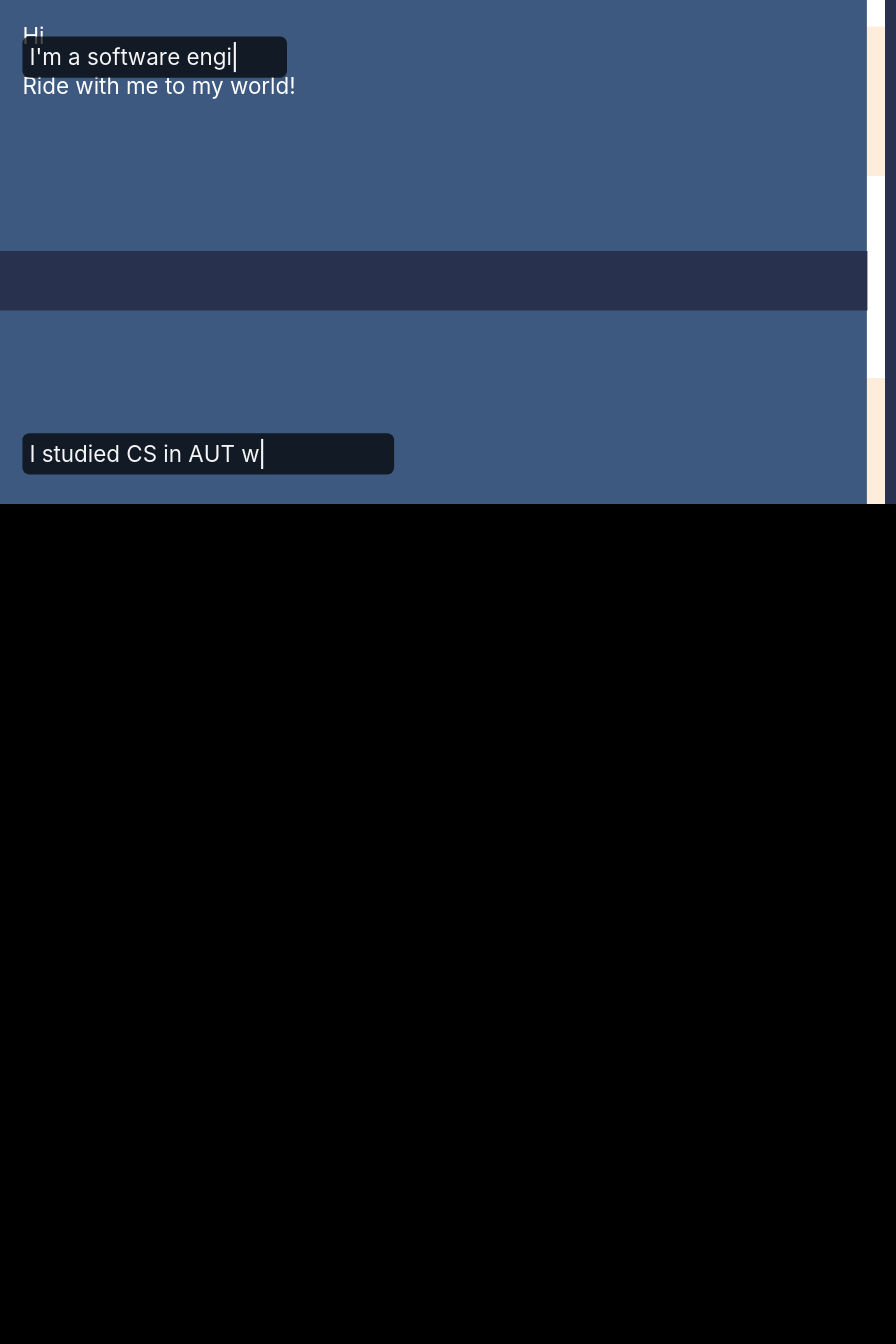
Repository: ModulesSoft/youseffatouraee.com
Page: / (app in majhoolsoft-react/)
These files come from the project's save history. The page is drawn as it stood at one moment and after the next save; the edit follows.
The browser window is 1280 px wide. The pictures show the part of the page from y = 0 to 1920 px (the page is 4320 px tall), at 70% of full size.
The project was rebuilt for these pictures with package versions that can differ from the ones it lists, and the page was loaded fresh each time. Also part of the build but not shown: majhoolsoft-react/src/helpers/lib/TypewriterAnimation.js.

Above is the page before, as saved 2022-02-22 21:00:39.

### majhoolsoft-react/src/App.js
import "./App.css";
import { useEffect } from "react";
import useWindowDimensions from "./components/GetWindowDimensions";
import anime from "animejs";
import Car from "./components/Car";
import Background from "./components/Background";
import Darkness from "./components/Darkness";
import LightBeam from "./components/LightBeam";
import Sun from "./components/Sun";
import Clouds from "./components/Clouds";
import GarageDoor from "./components/GarageDoor";
import ScrollDown from "./components/ScrollDown";
import useScroll from "./helpers/GetScroll";
import Garage from "./components/Garage";
import Play from "./Play";

function App() {
  // get window properties
  let scrollY = useScroll().scrollY / 10;
  const { height, width } = useWindowDimensions();
  const mobile = width < height;
  const size = mobile
    ? {
        height: height,
      }
    : {
        width: width,
      };

  // remove scroll instruction whenever scrolled enough ( 140px)
  if (scrollY > 10) {
    removeScroll();
  }

  //play
  useEffect(() => {
    // Play(mobile, width, height).HouseScene();
  }, []);

  function playGarage() {
    Play(mobile, width, height).GarageScene();
  }

  function removeScroll() {
    anime.remove([".scrollIcon", "#darkness", ".scroll"]);
    anime({
      targets: [".scrollIcon", "#darkness", ".scroll"],
      opacity: 0,
    });
  }

  return (
    <div className="App">
      <header className="App-header"></header>
      <div className="container">
        <svg className="page" xmlns="http://www.w3.org/2000/svg" style={size}>
          <Sun />
          <Clouds />
          <Background />
          <Garage />
          <GarageDoor
            scrollY={scrollY}
            doorOpened={(e) => {
              e && playGarage();
            }}
          />
          <Darkness />
          <Car />
          <LightBeam />
          {/* {scroll && <ScrollDown />} */}
          <ScrollDown />
          {/* <svg x="1325" y="920" className="test">
            <rect width="35" height="65"></rect>
          </svg> */}
        </svg>
        <article className="article">
          <p className="hi">Hi</p>
          <p className="welcome">Ride with me to my world!</p>
          <p className="scroll">Scroll Down</p>
          <p id="laptopOne" className="text-animation">
            I'm a software engineer
          </p>
          <p id="laptopTwo" className="text-animation">
            I was born in Quebec
          </p>
          <p id="degreeOne" className="text-animation">
            I studied CS in <a href="aut.ac.ir">AUT</a> with GPA of B
          </p>
          <p id="degreeTwo" className="text-animation">
            <a href="https://www.usnews.com/education/best-global-universities/amirkabir-university-of-technology-aut-506266">
              See the rank here
            </a>
          </p>
        </article>
      </div>
    </div>
  );
}

export default App;

### majhoolsoft-react/src/App.css
.container {
  position: relative;
  width: 100vw;
  height: 600vh;
  background-color: black;
}
.page {
  background-image: linear-gradient(#87ceeb, #2a7936);
  position: fixed;
  bottom: 0;
  left: 0;
}
.background {
  position: absolute;
  z-index: 1;
  /* width: auto;
  height: 100vh; */
}
.car {
  z-index: 2;
  position: absolute;
  top: 90vh;
  /* display: none; */
}
#rear-wheel,
#front-wheel {
  transform-origin: center;
  transform-box: fill-box;
}

.hi {
  color: white;
  margin-left: 2rem;
}
.welcome {
  color: white;
  margin-left: 2rem;
}
.scroll {
  color: white;
  text-align: center;
}
article {
  position: fixed;
  width: 100%;
  height: 100%;
  font-size: 2rem;
}

#laptopOne {
  top: 20px;
}
#laptopTwo {
  bottom: 5px;
  font-size: 1rem;
}
#degreeOne {
  bottom: 10px;
  /* font-size: 2rem; */
}
#degreeTwo {
  bottom: 15px;
  /* font-size: 1rem; */
}

/* typewriter animation properties */
.text-animation {
  display: none;
  background-color: rgba(0, 0, 0, 0.7);
  padding: 10px;
  border-radius: 10px;
  font-size: 2rem;
  left: 2rem;
  /* right: 2rem; */
  position: absolute;
  text-align: left;
  color: #f5f5f5;
}

.text-animation .letter {
  display: inline-block;
  opacity: 0;
}

.cursor {
  margin: 8px -8px; /* debug margin */
  position: absolute;
  top: 0;
  bottom: 0;
  width: 3px;
  background: #f5f5f5;
  z-index: 1;
}

/*  */

### majhoolsoft-react/src/components/Darkness.js
function Darkness() {
  return (
    <svg width="10000" height="10000" x="-1000" y="-100">
      <rect
        id="darkness"
        data-name="Rectangle 148"
        width="10000"
        height="10000"
        fill="rgba(0,0,0,0.9)"
      />
    </svg>
  );
}

export default Darkness;

### majhoolsoft-react/src/components/LightBeam.js
function LightBeam() {
  return (
    <svg y="945" x="-422">
      <g id="beam">
        <defs>
          <radialGradient
            id="radial-gradient"
            cx="0.16"
            cy="1.164"
            r="0.806"
            gradientTransform="matrix(.555 -.832 .38 .254 -.372 1.001)"
            gradientUnits="objectBoundingBox"
          >
            <stop offset="0" stopColor="#fad16b" stopOpacity="0.659"></stop>
            <stop offset="1" stopColor="#7d6936" stopOpacity="0.541"></stop>
          </radialGradient>
        </defs>
        <path
          fill="url(#radial-gradient)"
          d="M4927.969-923.46v135.509L3246.1-811.175l-92.015-5.358-146.116-45.447v-29.449z"
          data-name="Path 772"
          transform="translate(-3007.969 923.46)"
        ></path>
      </g>
    </svg>
  );
}

export default LightBeam;

### majhoolsoft-react/src/components/Sun.js
function Sun() {
  return (
    <svg>
      <g id="sun">
        <path
          fill="#ffdb0d"
          fillRule="evenodd"
          d="M2343.845 450c168.417 0 305.986 132.172 314.845 298.414H2029C2037.779 582.172 2175.348 450 2343.845 450z"
          data-name="Path 586"
          transform="translate(-2029 450)"
        ></path>
      </g>
    </svg>
  );
}

export default Sun;

### majhoolsoft-react/src/components/ScrollDown.js
function ScrollDown() {
  return (
    <svg
      x="1142"
      y="900"
      width="100"
      height="100"
      version="1.1"
      viewBox="-265 335.1 79.4 322.9"
      xmlSpace="preserve"
      fill="white"
    >
      <g className="scrollIcon">
        <path d="M-217.9 422.2c4.7-1.3 9-3.8 12.4-7.2 5.1-5.1 8.2-12.1 8.2-19.8v-30.9c0-7.7-3.2-14.7-8.2-19.8-5.1-5.1-12.1-8.2-19.8-8.2-7.7 0-14.7 3.2-19.8 8.2-5.1 5.1-8.2 12.1-8.2 19.8v30.9c0 7.7 3.2 14.7 8.2 19.8 4 4 9.1 6.7 14.8 7.8 3.4.5 9.2.2 12.4-.6zm-7.7-21c2.9 0 5.3-2.4 5.3-5.3v-5.5c0-2.9-2.4-5.3-5.3-5.3s-5.3 2.4-5.3 5.3v5.5c-.1 2.9 2.3 5.3 5.3 5.3zm15.4 9c-3.9 3.9-9.2 6.3-15.1 6.3s-11.2-2.4-15.1-6.3c-3.9-3.9-6.3-9.2-6.3-15.1v-30.9c0-5.9 2.4-11.2 6.3-15.1 3.9-3.9 9.2-6.3 15.1-6.3s11.2 2.4 15.1 6.3c3.9 3.9 6.3 9.2 6.3 15.1v30.9c0 5.9-2.4 11.2-6.3 15.1zM-248.1 425.3c-1.2-1.2-3.2-1.2-4.4.1s-1.2 3.2.1 4.4l25 24.3 2.2-2.3-2.2 2.3c1.3 1.2 3.2 1.2 4.5-.1l.1-.1 24.6-24.1c1.2-1.2 1.3-3.2.1-4.4s-3.2-1.3-4.4-.1l-22.6 22.1-23-22.1z"></path>
      </g>
    </svg>
  );
}

export default ScrollDown;

### majhoolsoft-react/src/helpers/GetScroll.js
import { useState, useEffect, useCallback } from "react";

export const useScroll = () => {
  //   useEffect(() => {
  //     // set scroll to zero when component did mount
  //     window.scrollTo(0, 0);
  //     console.log("umad");
  // }, []);
  const [state, setState] = useState({
    lastScrollTop: 0,
    bodyOffset: document.body.getBoundingClientRect(),
    scrollY: document.body.getBoundingClientRect().top,
    scrollX: document.body.getBoundingClientRect().left,
    scrollDirection: "", // down, up
  });

  const handleScrollEvent = useCallback((e) => {
    setState((prevState) => {
      const prevLastScrollTop = prevState.lastScrollTop;
      const bodyOffset = document.body.getBoundingClientRect();

      return {
        setBodyOffset: bodyOffset,
        scrollY: -bodyOffset.top,
        scrollX: bodyOffset.left,
        scrollDirection: prevLastScrollTop > -bodyOffset.top ? "down" : "up",
        lastScrollTop: -bodyOffset.top,
      };
    });
  }, []);

  useEffect(() => {
    const scrollListener = (e) => {
      handleScrollEvent(e);
    };
    window.addEventListener("scroll", scrollListener);

    return () => {
      window.removeEventListener("scroll", scrollListener);
    };
  }, [handleScrollEvent]);

  return {
    scrollY: state.scrollY,
    scrollX: state.scrollX,
    scrollDirection: state.scrollDirection,
  };
};

export default useScroll;

### majhoolsoft-react/src/Play.js
import CarAnimations from "./helpers/CarAnimations";
import IntroTextAnimations from "./helpers/IntroTextAnimations";
import BackgroundAnimations from "./helpers/BackgroundAnimations";
import CameraAnimations from "./helpers/CameraAnimations";
import TypewriterAnimation from "./helpers/lib/TypewriterAnimation";

function Play(isMobile, width, height, timeline = 0) {
  // setting camera
  const Camera = new CameraAnimations(isMobile, width, height, timeline);
  function HouseScene() {
    CarAnimations(timeline);
    IntroTextAnimations();
    Camera.BackgroundScene();
    BackgroundAnimations(timeline);
  }

  async function GarageScene() {
    laptop(degree(OS("s")));

    function laptop(done) {
      Camera.LaptopView();
      TypewriterAnimation("#laptopOne", 2_000, 100, 1000, laptopTwo);
      function laptopTwo() {
        TypewriterAnimation("#laptopTwo", 500, 100, 1000, done);
      }
    }
    function degree(done) {
      Camera.CertificateView();
      TypewriterAnimation("#degreeOne", 2_000, 100, 1000, degreeTwo);
      function degreeTwo() {
        TypewriterAnimation("#degreeTwo", 2_000, 100, 1000, done);
      }
    }
    function OS(s) {
      console.log("os");
    }
  }
  return { HouseScene, GarageScene };
}
export default Play;

### majhoolsoft-react/src/helpers/CarAnimations.js
import anime from "animejs";
function CarAnimations(timeline = null) {
  anime({
    targets: "#rear-wheel , #front-wheel",
    rotate: "21turn",
    duration: 11000,
    // easing: "cubicBezier(1,0,.45,.45)",
    easing: "easeOutQuad",
  });
  anime({
    targets: "#car, #beam",
    translateX: 1050,
    duration: 6000,
    delay: 5000,
    // easing: "cubicBezier(1,0,.45,.45)",
    easing: "easeOutQuad",
  });
}

export default CarAnimations;

### majhoolsoft-react/src/helpers/IntroTextAnimations.js
import anime from "animejs";
function IntroTextAnimations() {
  anime
    .timeline({ loop: false })
    // Hi text fades in
    .add({
      targets: ".hi",
      opacity: [0, 1],
      easing: "easeInExpo",
    })
    // welcome text fades in
    .add({
      targets: ".welcome",
      opacity: [0, 1],
      easing: "easeInExpo",
    })
    // Hi and welcome text fade out
    .add(
      {
        targets: [".hi", ".welcome"],
        opacity: 0,
        easing: "easeInExpo",
      },
      5000
    )
    .add(
      {
        targets: ".scroll",
        opacity: [0, 0.8],
        easing: "easeInExpo",
      },
      15000
    );
}
export default IntroTextAnimations;

### majhoolsoft-react/src/helpers/BackgroundAnimations.js
import anime from "animejs";
function BackgroundAnimations(timeline = null) {
  anime
    .timeline({ loop: false })
    // sun sets
    .add(
      {
        targets: "#sun",
        duration: 3000,
        translateY: "-650px",
        easing: "easeOutQuad",
      },
      6000 //delay to start
    )
    // clouds come up
    .add({
      targets: "#clouds",
      duration: 1000,
      translateY: "-300px",
    });
  anime.timeline({ loop: false }).add({
    targets: "#darkness",
    keyframes: [
      // fade in to day
      { opacity: 0, duration: 3000, delay: 7000, easing: "linear" },
      // fade in unless scroll
      {
        opacity: 0.7,
        duration: 1000,
        delay: 4000,
        easing: "linear",
      },
    ],
  });

  //thread four (headlights):
  // turn off the head lights
  anime({
    targets: "#beam",
    duration: 500,
    opacity: 0,
    easing: "easeOutQuad",
    delay: 10000,
  });

  //last thread - infinite loop (scroll icon):
  // Scroll icon
  anime({
    targets: ".scrollIcon",
    translateY: -50,
    direction: "alternate",
    loop: true,
    easing: "spring(1, 80, 10, 0)",
    opacity: 0.3,
  });
}
export default BackgroundAnimations;

### majhoolsoft-react/src/helpers/CameraAnimations.js
import anime from "animejs";

class CameraAnimations {
  constructor(isMobile, width, height, timeline = null) {
    this.isMobile = isMobile;
    this.width = width;
    this.height = height;
    this.timeline = timeline;
    this.doorViewMobile = `1000 ${1080 - this.height} ${this.width} ${
      this.height
    }`;

    this.laptopView = "1328 920 60 60";
    // const certificateView = isMobile ? "1288 900 60 45" : "1288 900 60 25";
    this.generalView = "0 0 1920 1080";
    this.doorViewDesktop = "1000 800 400 240";
    this.beginView = "-1000 650 900 500";
  }

  BackgroundScene() {
    // camera transition
    anime.timeline({ loop: false }).add({
      targets: ".page",
      duration: 4000,
      keyframes: [
        // camera transition from the car in the way home to the background
        {
          viewBox: [this.beginView, this.generalView],
          duration: (this.timeline += 3000),
          delay: (this.timeline += 1000),
        },
        // camera transition to GarageCamera door
        {
          viewBox: [
            this.generalView,
            this.isMobile ? this.doorViewMobile : this.doorViewDesktop,
          ],
          delay: 5000,
        },
      ],
      easing: "easeOutQuad",
    });
  }

  // GarageScene() {
  //   const library = {
  //     certificate: {
  //       view: this.isMobile ? "1288 900 60 45" : "1288 900 60 25",
  //       textPosition: this.isMobile ? "bottom" : "right",
  //     },
  //   };
  // }

  LaptopView() {
    anime.timeline({ loop: false }).add({
      targets: ".page",
      duration: 4000,
      keyframes: [
        // camera transition from the GarageCamera door to the laptop
        {
          viewBox: [
            this.isMobile ? this.doorViewMobile : this.doorViewDesktop,
            this.laptopView,
          ],
          // viewBox: mobile ? doorViewMobile : doorViewDesktop,
        },
        // camera transition to GarageCamera door
        {},
      ],
      easing: "easeOutQuad",
    });
  }

  CertificateView() {
    const library = {
      certificate: {
        view: this.isMobile ? "1288 900 60 45" : "1288 900 60 25",
        textPosition: this.isMobile ? "bottom" : "right",
      },
    };
    // Certificate View
    anime(
      {
        targets: ".page",
        duration: 4000,
        keyframes: [
          // camera transition from the laptop to GarageCamera door
          {
            viewBox: [this.laptopView, library.certificate.view],
          },
          // camera transition to GarageCamera door
          {},
        ],
        easing: "easeOutQuad",
      },
      15000
    );
  }
}
export default CameraAnimations;

Loaded but not shown: majhoolsoft-react/public/index.html (common file); majhoolsoft-react/src/index.js (common file); majhoolsoft-react/src/index.css (common file); majhoolsoft-react/src/reportWebVitals.js (common file); majhoolsoft-react/src/components/GetWindowDimensions.js (common file); majhoolsoft-react/src/components/Background.js (library); majhoolsoft-react/src/components/Garage.js (library); majhoolsoft-react/src/components/Car.js (909 lines, source omitted); majhoolsoft-react/src/components/GarageDoor.js (85 lines, source omitted); majhoolsoft-react/src/components/Clouds.js (15 lines, source omitted)

After the next save:
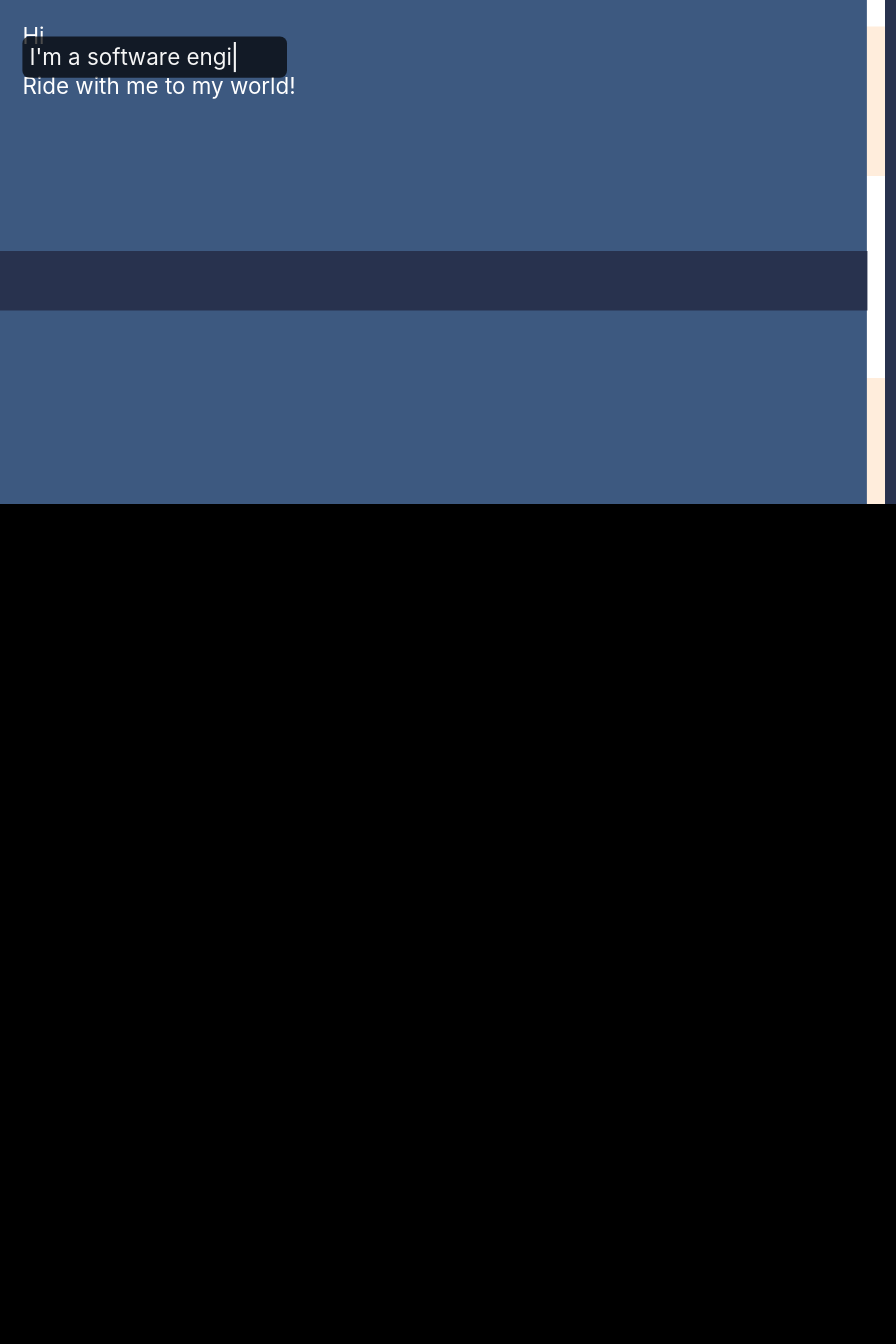
Saved 61 s later.
--- a/majhoolsoft-react/src/Play.js
+++ b/majhoolsoft-react/src/Play.js
@@ -15,21 +15,21 @@
   }
 
   async function GarageScene() {
-    laptop(degree(OS("s")));
+    laptop();
 
-    function laptop(done) {
+    function laptop() {
       Camera.LaptopView();
       TypewriterAnimation("#laptopOne", 2_000, 100, 1000, laptopTwo);
-      function laptopTwo() {
-        TypewriterAnimation("#laptopTwo", 500, 100, 1000, done);
-      }
+    }
+    function laptopTwo() {
+      TypewriterAnimation("#laptopTwo", 500, 100, 1000, degree);
     }
     function degree(done) {
       Camera.CertificateView();
       TypewriterAnimation("#degreeOne", 2_000, 100, 1000, degreeTwo);
-      function degreeTwo() {
-        TypewriterAnimation("#degreeTwo", 2_000, 100, 1000, done);
-      }
+    }
+    function degreeTwo() {
+      TypewriterAnimation("#degreeTwo", 2_000, 100, 1000);
     }
     function OS(s) {
       console.log("os");

After the 3 saves that followed:
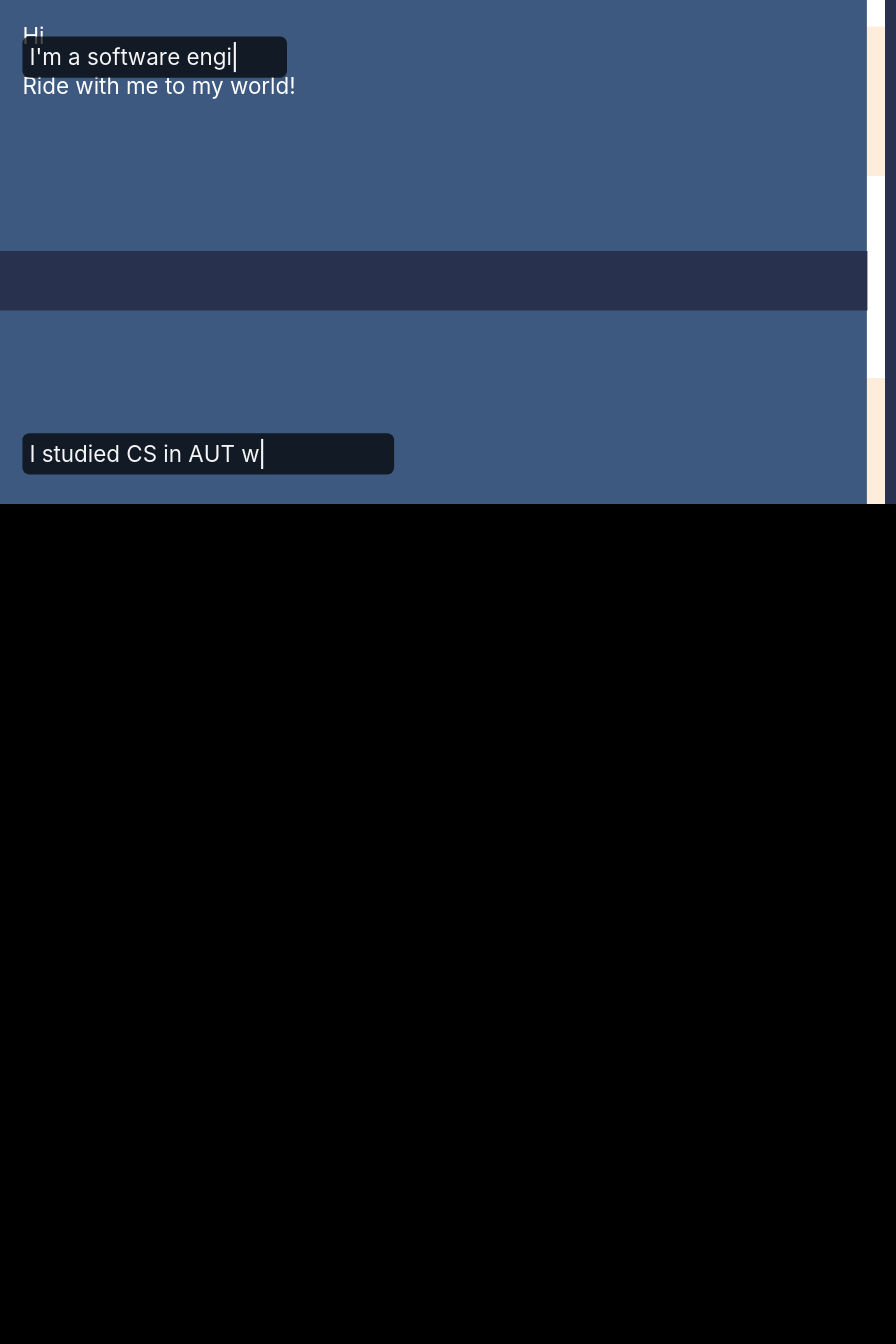
The 3 saves are shown as one change because 2 left the picture as it was.
The last was saved 99 s later.
--- a/majhoolsoft-react/src/Play.js
+++ b/majhoolsoft-react/src/Play.js
@@ -14,22 +14,22 @@
     BackgroundAnimations(timeline);
   }
 
-  async function GarageScene() {
-    laptop();
+  function GarageScene() {
+    laptop(degree(OS("s")));
 
-    function laptop() {
+    function laptop(done) {
       Camera.LaptopView();
       TypewriterAnimation("#laptopOne", 2_000, 100, 1000, laptopTwo);
-    }
-    function laptopTwo() {
-      TypewriterAnimation("#laptopTwo", 500, 100, 1000, degree);
+      function laptopTwo() {
+        TypewriterAnimation("#laptopTwo", 500, 100, 1000, done);
+      }
     }
     function degree(done) {
       Camera.CertificateView();
       TypewriterAnimation("#degreeOne", 2_000, 100, 1000, degreeTwo);
-    }
-    function degreeTwo() {
-      TypewriterAnimation("#degreeTwo", 2_000, 100, 1000);
+      function degreeTwo() {
+        TypewriterAnimation("#degreeTwo", 2_000, 100, 1000, done);
+      }
     }
     function OS(s) {
       console.log("os");
